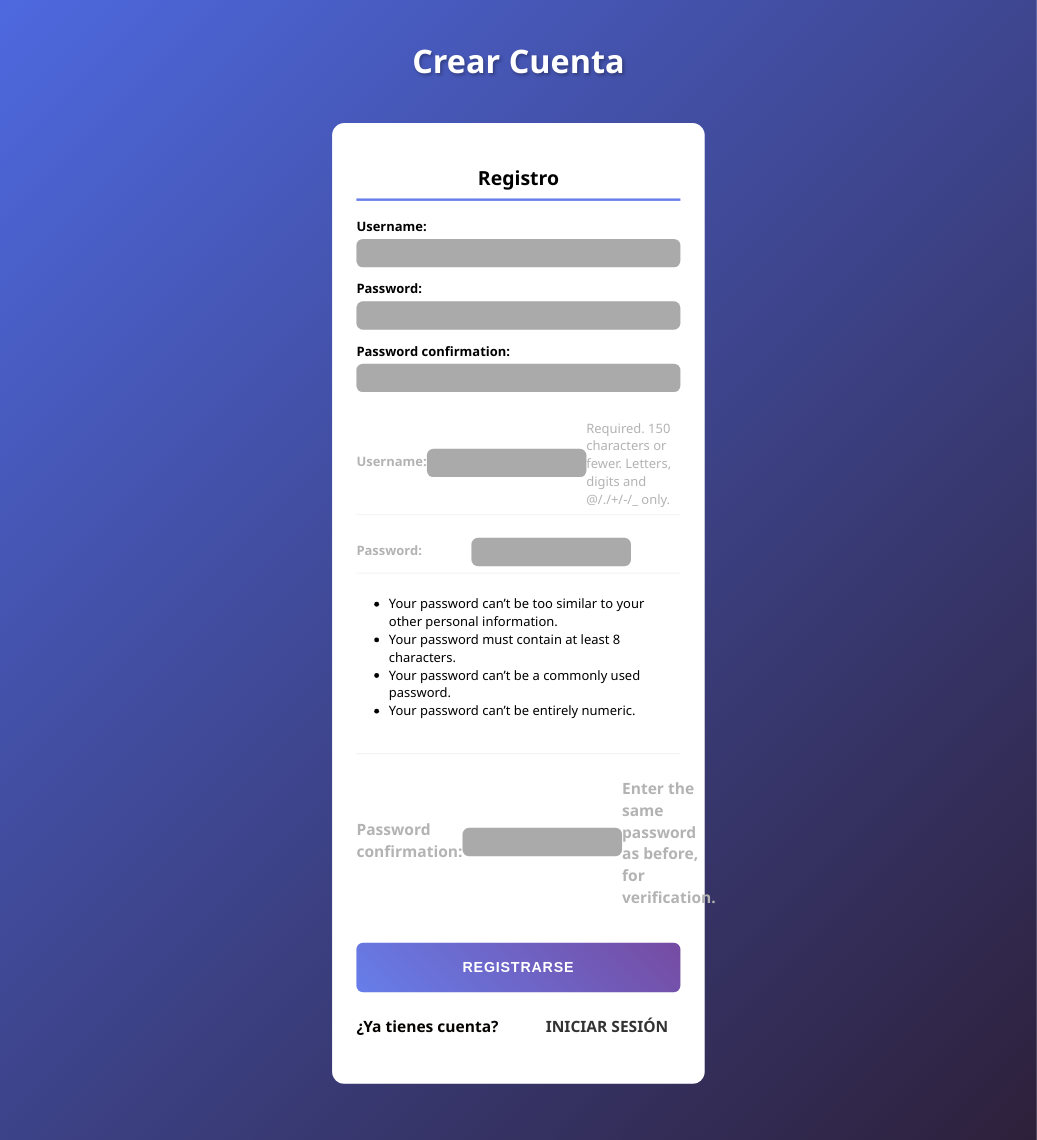
Repository: RoyScc/Practico-Django
Page: http://localhost/register/
These files come from the project's save history. The page is drawn as it stood at one moment and after the next save; the edit follows.
The browser window is 1280 px wide. The pictures show the whole page, at 81% of full size.
The page is served by the project's application, run on Django 5.2 (manage.py). Other server files are loaded and not shown.

Above is the page before, as saved 2026-05-27 09:47:44.

### tickets/templates/tickets/register.html
{% extends 'tickets/base.html' %}

{% block title %} Registro {% endblock %}

{% block body %}
{{ form.errors }}

<h1>Crear Cuenta</h1>
<div class="register-container">

    <h2 class="h3">Registro</h2>

    <form method="POST">

        {% csrf_token %}

        <div class="form-group">
           {{ form.username.label_tag }}
            {{ form.username }}
        </div>

        <div class="form-group">
           {{ form.password1.label_tag }}
        {{ form.password1 }}
        </div>

        <div class="form-group">
           {{ form.password2.label_tag }}
            {{ form.password2 }}
        </div>

        <div class="form-group">
           {{ form.as_p }}
        </div>

        <button type="submit">
            Registrarse
        </button>

    </form>

    <p class="pcartelera">
        ¿Ya tienes cuenta?
        <a href="{% url 'login' %}">
            Iniciar sesión
        </a>
    </p>


</div>

{% endblock %}

### tickets/templates/tickets/base.html
{% load static %}

<!DOCTYPE html>
<html lang="es">
<head>
    <meta charset="UTF-8">
    <meta name="viewport" content="width=device-width, initial-scale=1.0">

    <link rel="stylesheet" href="{% static 'tickets/styles.css' %}">

    <link rel="icon" href="{% static 'tickets/images/cine.png' %}" type="image/png">

    <title>{% block title %}Tickets{% endblock %}</title>
</head>

<body>

    <!-- NAVBAR -->
    {% if not hide_nav %}
    <nav class="navbar2">

        <!-- SIEMPRE visible -->
        <a href="{% url 'cine' %}">
            Cine
        </a>

        <!-- SOLO USUARIO LOGUEADO -->
        {% if user.is_authenticated %}

            <a href="{% url 'lista_metodos' %}">
                Métodos
            </a>

            <a href="{% url 'crear_metodo_pago' %}">
                Crear método de pago
            </a>

            <a href="{% url 'logout' %}">
                Cerrar sesión
            </a>

        {% else %}

            <a href="{% url 'login' %}">
                Login
            </a>

            <a href="{% url 'register' %}">
                Registro
            </a>

        {% endif %}

    </nav>
    {% endif %}

    <!-- CONTENIDO -->
    <main>
        {% block body %}
        {% endblock %}
    </main>

</body>
</html>

### tickets/forms.py
from django import forms
from django.shortcuts import render, redirect
from django.contrib.auth import login
from .models import MetodoPago

from django.contrib.auth.forms import UserCreationForm
from django.contrib.auth.models import User

def register_view(request):

    if request.method == "POST":
        form = RegistroForm(request.POST)

        if form.is_valid():
            user = form.save()   # crea usuario
            login(request, user) # lo loguea
            return redirect("index")

    else:
        form = RegistroForm()

    return render(request, "tickets/register.html", {
        "form": form,
        "hide_nav": True
    })
class RegistroForm(UserCreationForm):
    class Meta:
        model = User
        fields = ['username', 'password1', 'password2']

class MetodoPagoForm(forms.ModelForm):
    class Meta:
        model = MetodoPago
        fields = ['nombre', 'tipo', 'banco']

### tickets/views.py
from django.shortcuts import render, redirect
from .models import Tickets, MetodoPago
from .forms import MetodoPagoForm
from django.contrib.auth.decorators import login_required
from django.contrib.auth import login, logout
from django.contrib.auth.forms import AuthenticationForm
from django.contrib.auth import authenticate
from .forms import RegistroForm

# Create your views here.

# def index(request):
#     tickets = Tickets.objects.filter(tipo="cine")
#     return render(request, 'tickets/index.html', {'tickets': tickets})
@login_required
def cine(request):
    tickets = Tickets.objects.filter(tipo__icontains="cine")
    return render(request, 'tickets/cine.html', {'tickets': tickets})

@login_required
def tickets(request):
    todos_los_tickets = Tickets.objects.all()
    return render(request, 'tickets/todos_los_tickets.html', {'tickets': todos_los_tickets})

@login_required
def crear_metodo_pago(request):
    if request.method == 'POST':
        form = MetodoPagoForm(request.POST)
        if form.is_valid():
            form.save()
            return redirect('lista_metodos')
    else:
        form = MetodoPagoForm()
    return render(request, 'tickets/crear_metodo_pago.html', {'form': form})

from django.shortcuts import get_object_or_404

@login_required
def lista_metodos_pago(request):
    metodos = MetodoPago.objects.all()
    return render(request, 'tickets/lista_metodos.html', {'metodos': metodos})

@login_required
def editar_metodo(request, id):
    metodo = get_object_or_404(MetodoPago, id=id)
    if request.method == 'POST':
        form = MetodoPagoForm(request.POST, instance=metodo)
        if form.is_valid():
            form.save()
            return redirect('lista_metodos')
    else:
        form = MetodoPagoForm(instance=metodo)
    return render(request, 'tickets/crear_metodo_pago.html', {'form': form})

@login_required
def borrar_metodo(request, id):
    metodo = get_object_or_404(MetodoPago, id=id)
    if request.method == 'POST':
        metodo.delete()
        return redirect('lista_metodos')
    return render(request, 'tickets/borrar_metodo.html', {'metodo': metodo})

#Registro de usuarios
def register_view(request):
    if request.method == 'POST':
        form = RegistroForm(request.POST)

        if form.is_valid():
            user = form.save()
            login(request, user)
            return redirect('cine')

    else:
        form = RegistroForm()

    return render(request, 'tickets/register.html', {
        'form': form,
        'hide_nav': True
    })


#Login de usuarios
def login_view(request):

    if request.method == 'POST':
        form = AuthenticationForm(data=request.POST)

        if form.is_valid():
            user = form.get_user()
            login(request, user)
            return redirect('index')

    else:
        form = AuthenticationForm()

    return render(request, 'tickets/login.html', {
        'form': form,
        'hide_nav': True
    })


# LOGOUT
def logout_view(request):
    logout(request)
    return redirect('login')

### TicketERA/urls.py
"""
URL configuration for TicketERA project.

The `urlpatterns` list routes URLs to views. For more information please see:
    https://docs.djangoproject.com/en/6.0/topics/http/urls/
Examples:
Function views
    1. Add an import:  from my_app import views
    2. Add a URL to urlpatterns:  path('', views.home, name='home')
Class-based views
    1. Add an import:  from other_app.views import Home
    2. Add a URL to urlpatterns:  path('', Home.as_view(), name='home')
Including another URLconf
    1. Import the include() function: from django.urls import include, path
    2. Add a URL to urlpatterns:  path('blog/', include('blog.urls'))
"""
from django.contrib import admin
from django.urls import path, include

urlpatterns = [
    path('admin/', admin.site.urls),
    path('', include("tickets.urls"))
]

### tickets/urls.py
from django.urls import path, include

from . import views

urlpatterns = [
    #path('', views.index, name="index"),
    path('login/', views.login_view, name='login'),
    path('register/', views.register_view, name='register'),
    path('logout/', views.logout_view, name='logout'),
    path('cine/', views.cine, name="cine"),
    path('tickets/', views.tickets, name="tickets"),
    path('metodos/', views.lista_metodos_pago, name="lista_metodos"),
    path('metodos/crear', views.crear_metodo_pago, name="crear_metodo_pago"),
    path('metodos/editar/<int:id>/', views.editar_metodo, name="editar_metodo"),
    path('metodos/borrar/<int:id>/', views.borrar_metodo, name="borrar_metodo"),

]

### tickets/static/tickets/styles.css
/* Estilos generales para la página */
body {
    font-family: 'Segoe UI', Tahoma, sans-serif;
    background: linear-gradient(135deg, #4e69df 0%, #2d203a 100%);
    min-height: 100vh;
    margin: 0;
    padding: 20px;
    gap: 20px;
    display: flex;
    flex-direction: column;
    box-sizing: border-box;
    flex: 1;
}

nav{
    justify-content: space-around;
    background: white;
    opacity: 0.95;
    margin: 0;
    padding: 10px 20px;
    border-radius: 10px;

}

.navbar {
    display: flex;
    justify-content: flex-end;
    align-items: center;
}

a {
    display: inline-block;
    color: #333;
    text-decoration: none;
    font-weight: bold;
    padding: 10px 15px;
    border-radius: 5px;
    transition: background 0.3s ease;
    text-transform: uppercase;
    /*background: #686666;*/
}

a:hover {
    background: #667eea;
    color: white;
}


h1, h4 {
    color: white;
    text-align: center;
    margin-bottom: 30px;
    text-shadow: 2px 2px 4px rgba(0,0,0,0.3);
}

h1 {
    font-size: 2.5rem;
    margin-bottom: 10px;
}

h4 {
    font-size: 1.2rem;
    opacity: 0.9;
}

.cartelera {
    display: flex;
    flex-wrap: wrap;
    justify-content: center;
    gap: 40px;
    padding: 30px;
}
.ticket-item {
    background: white;
    border-radius: 15px;
    padding: 20px;

    display: flex;
    flex-direction: column;
    justify-content: space-between;

    width: 320px;
    min-height: 500px;

    box-shadow: 0 10px 30px rgba(0,0,0,0.2);

    transition: transform 0.3s ease;
}

.ticket-item2 {
    background: white;
    border-radius: 15px;
    padding: 20px;

    display: flex;
    flex-direction: column;
    justify-content: space-between;

    width: 320px;

    box-shadow: 0 10px 30px rgba(0,0,0,0.2);

    transition: transform 0.3s ease;
}

.ticket-item:hover {
    transform: translateY(-5px);
}

.ticket-item a {
    display: inline-block;
    margin-top: 10px;
}

.form {
    display: block;
    margin-top: 0em;
    unicode-bidi: isolate;
}

/* Tablet
@media (max-width: 768px) {
    .cartelera {
        gap: 15px;
        padding: 15px;
    }
}*/

/* Mobile
@media (max-width: 480px) {
    .cartelera {
        gap: 10px;
        padding: 10px;
    }

    .ticket-item {
        width: 100%;
        max-width: 300px;
    }
}*/

h3 {
    color: #fdfdfd;
    font-size: 1.5rem;
    margin-bottom: 20px;
    text-align: center;
    border-bottom: 3px solid #667eea;
    padding-bottom: 10px;
}

.h3 {
    color: #000000;
    font-size: 1.5rem;
    margin-bottom: 20px;
    text-align: center;
    border-bottom: 3px solid #667eea;
    padding-bottom: 10px;
}

p {
    color: #b3b3b3;
    font-size: 1rem;
    margin: 10px 0;
    padding: 8px 0;
    border-bottom: 1px solid #eee;
    display: flex;
    justify-content: space-between;
    align-items: center;
}

p:last-of-type {
    border-bottom: none;
    font-weight: bold;

    font-size: 1.2rem;
}

.pcartelera {
    color: #070202;
    font-size: 1rem;
    margin: 10px 0;
    padding: 8px 0;
    border-bottom: 1px solid #eee;
    display: flex;
    justify-content: space-between;
    align-items: center;
}

button {
    width: 100%;
    background: linear-gradient(45deg, #667eea, #764ba2);
    color: white;
    border: none;
    padding: 20px 20px;
    font-size: 1.1rem;
    font-weight: bold;
    border-radius: 8px;
    cursor: pointer;
    margin-top: 20px;
    transition: all 0.3s ease;
    text-transform: uppercase;
    letter-spacing: 1px;
}

button:hover {
    background: linear-gradient(45deg, #5a6fd8, #6a4190);
    transform: scale(1.05);
    box-shadow: 0 5px 15px rgba(102, 126, 234, 0.4);
}

.button {
    width: 100%;
    background: linear-gradient(45deg, #667eea, #764ba2);
    color: white;
    border: none;
    padding: 20px 5px;
    font-size: 1.1rem;
    font-weight: bold;
    border-radius: 8px;
    text-align: center;
    cursor: pointer;
    margin-top: 10px;
    transition: all 0.3s ease;
    text-transform: uppercase;
    letter-spacing: 1px;
}

.button:hover {
    background: linear-gradient(45deg, #5a6fd8, #6a4190);
    transform: scale(1.05);
    box-shadow: 0 5px 15px rgba(102, 126, 234, 0.4);
}


.ticket {
    margin-bottom: 20px;
    padding: 20px;
    border-radius: 10px;
    box-shadow: 0 5px 15px rgba(0,0,0,0.1);
    space
}

button:active {
    transform: scale(0.98);
}

.fecha-icon::before {
content: '📅 ';
margin-right: 8px;
font-weight: bold;
}

.ubicacion-icon::before {
    content: '📍';
    margin-right: 8px;
    font-weight: bold;
}

.precio-icon::before {
    content: '💵 ';
    margin-right: 8px;
    font-weight: bold;
}

/* Estilos para la sección de Login y Register */
.login-container {
    width: 400px;
    margin: 50px auto;
    padding: 30px;
    border-radius: 15px;
    background-color: #ffffff;
    color: rgb(0, 0, 0);
}
.login-container h2 {
    text-align: center;
    margin-top: 0px;
    margin-bottom: 0px;
    color: #333;
}

/*----------------------*/
.register-container {
    width: 400px;
    margin: 50px auto;
    padding: 30px;
    border-radius: 15px;
    background-color: #ffffff;
    color: rgb(0, 0, 0);
}

.form-group {
    display: flex;
    flex-direction: column;
    margin-bottom: 15px;
}

.form-group label {
    margin-bottom: 5px;
    font-weight: bold;
}

.form-group input {
    padding: 10px;
    border-radius: 8px;
    border: none;
    outline: none;
    background-color: #aaaaaa;
}

.register-container button {
    width: 100%;
    margin-top: 10px;
}

/*
.carousel {
    display: flex;
    gap: 20px;
    overflow-x: auto;
    padding: 20px;
    scroll-behavior: smooth;
}

.carousel::-webkit-scrollbar {
    height: 10px;
}

.carousel::-webkit-scrollbar-thumb {
    background: #667eea;
    border-radius: 10px;
}

.ticket-item {
    min-width: 250px;
    background: white;
    border-radius: 15px;
    padding: 15px;
    flex-shrink: 0;
    box-shadow: 0 4px 10px rgba(0,0,0,0.1);
    text-align: center;
}

.ticket-img {
    width: 100%;
    height: 300px;
    object-fit: cover;
    border-radius: 10px;
}

.ticket-empty {
    text-align: center;
    padding: 50px;
}*/

After the next save:
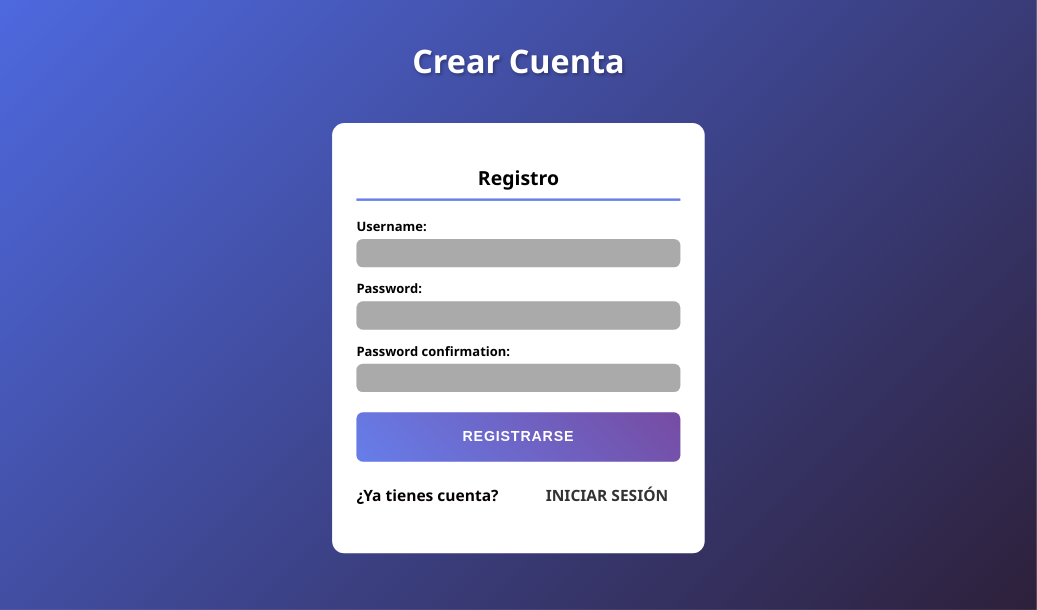
Saved 33 s later.
--- a/tickets/templates/tickets/register.html
+++ b/tickets/templates/tickets/register.html
@@ -29,10 +29,6 @@
             {{ form.password2 }}
         </div>
 
-        <div class="form-group">
-           {{ form.as_p }}
-        </div>
-
         <button type="submit">
             Registrarse
         </button>
